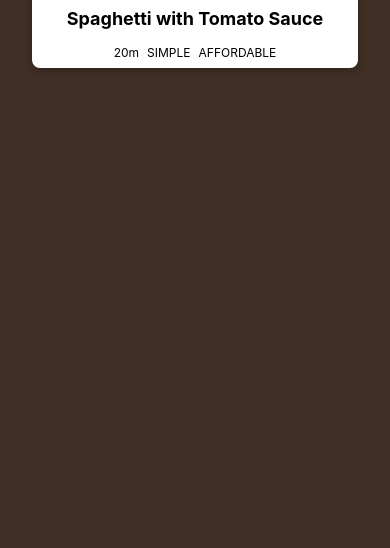
Repository: GarlicButterBoy/Meals-App
Screen: /, after clicking the first element matching `div.r-cursor-1loqt21`
These files come from the project's save history. The screen is drawn as it stood at one moment and after the next save; the edit follows.
The pictures show rows 296 to 844 of an output 844 px tall.
The app was drawn by React Native's web renderer in a window 390 px wide. The project was rebuilt for these pictures with package versions that can differ from the ones it lists, and the page was loaded fresh each time. Also part of the build but not shown: screens/MealDetailScreen.js.

Above is the screen before, as saved 2024-06-24 09:49:57.

After the next save:
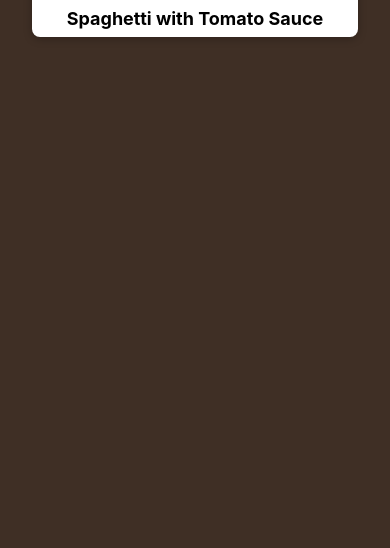
Saved 11 s later.
--- a/components/MealItem.js
+++ b/components/MealItem.js
@@ -35,11 +35,11 @@ function MealItem({
           <Image source={{ uri: imageUrl }} style={styles.image} />
           <Text style={styles.title}>{title}</Text>
         </View>
-        <View style={styles.details}>
+        {/* <View style={styles.details}>
           <Text style={styles.detailItem}>{duration}m</Text>
           <Text style={styles.detailItem}>{complexity.toUpperCase()}</Text>
           <Text style={styles.detailItem}>{affordability.toUpperCase()}</Text>
-        </View>
+        </View> */}
       </Pressable>
     </View>
   );
